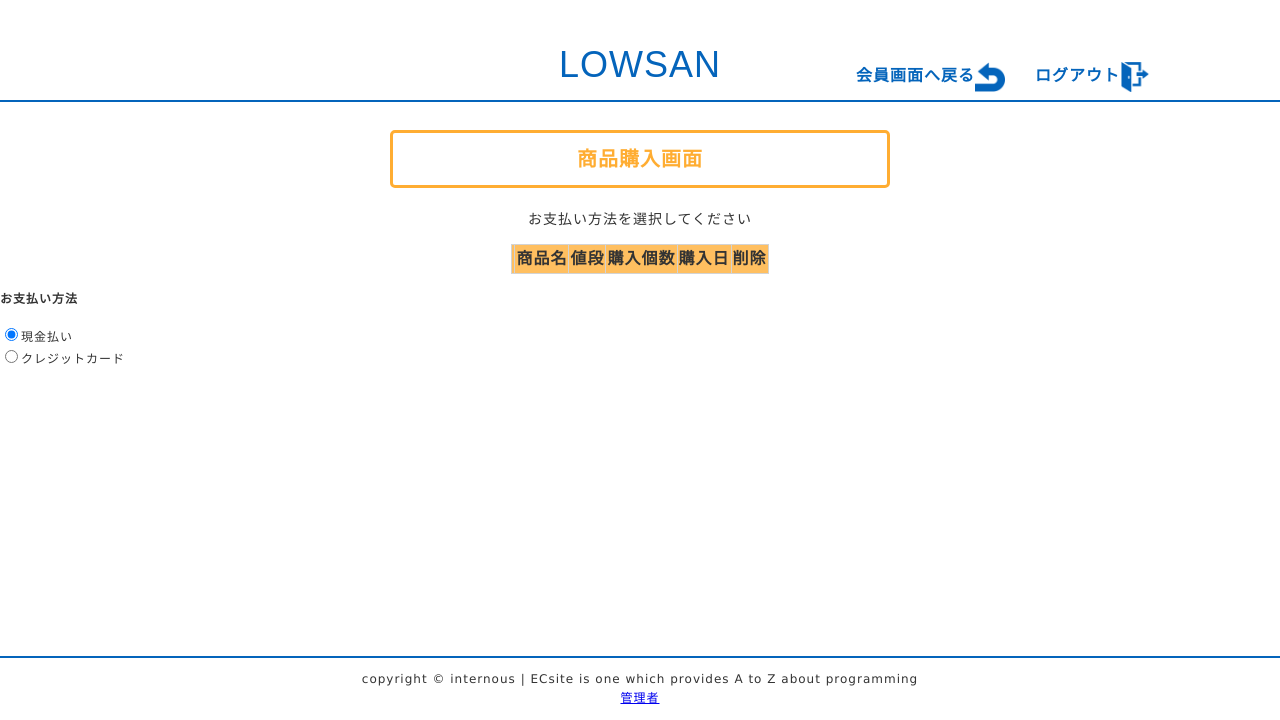
Repository: nishimura0212/myECsite
Page: http://localhost/ecsite/buyItem.jsp
An editor plug-in stored every save of this project. The page is shown before and after the next save, followed by the edit.
The browser window is 1280 px wide. The pictures show the whole page.
The page is served by Tomcat 9. Other server files are loaded and not shown.

Above is the page before, as saved 2019-01-02 14:35:53.

### ecsite/WebContent/buyItem.jsp
<%@ page language="java" contentType="text/html; charset=UTF-8"
    pageEncoding="UTF-8"%>
<%@ taglib prefix="s" uri="/struts-tags" %>
<!DOCTYPE html>
<html>
<head>
<meta http-equiv="Content-Type" content="text/html; charset=UTF-8"/>
<meta http-equiv="Content-Script-Type" content="text/javascript"/>
<meta http-equiv="imagetoolbar" content="no"/>
<meta name="description" content=""/>
<meta name="keywords" content=""/>
<title>商品購入画面</title>
<link rel="stylesheet" type="text/css" href="css/style.css">
</head>
<body>
	<div id="header">
		<p>LOWSAN</p>
		<div id="header-icon">
			<ul>
				<li class="icon">
					<a href="GoUserAction">
					会員画面へ戻る<img src="./img/icon/back.png" width="30px" height="30px">
					</a>
				</li>
				<li class="icon">
					<a href="LogoutAction">
					ログアウト<img src="./img/icon/logout.png" width="30px" height="30px">
					</a>
				</li>
			</ul>
		</div>
	</div>
	<div id="main">
		<div id="top">
			<p>商品購入画面</p>
		</div>
		<p class="comment">お支払い方法を選択してください</p>
		<table class="history-table">
			<tr>
				<th></th>
				<th>商品名</th>
				<th>値段</th>
				<th>購入個数</th>
				<th>購入日</th>
				<th>削除</th>
			</tr>
			<s:iterator value="cartList">
				<tr>
					<td class="td-img"><img
						src='<s:property value="itemImage"/>' class="buy-item-image"></td>
					<td><s:property value="item" /></td>
					<td><s:property value="totalPrice" /><span>円</span></td>
					<td><s:property value="totalCount" /><span>個</span></td>
					<td><s:property value="insert_date" /></td>
					<td><input type="checkbox" name="delete"
						value='<s:property value="id"/>' /></td>
				</tr>
			</s:iterator>
		</table>
		<div class="pay-method">
			<h4>お支払い方法</h4>
			<input type="radio" name="pay" value="1" checked="checked" class="radio">現金払い
			<br><input type="radio" name="pay"value="2" class="radio">クレジットカード
		</div>
	</div>
	<div id="footer">
		<p>copyright &copy; internous | ECsite is one which provides A to Z about programming<br/>
		<a href = '<s:url action="AdminAction"/>'>管理者</a></p>
	</div>
</body>
</html>

### ecsite/WebContent/css/style.css
@CHARSET "UTF-8";

/* bodyレイアウト */
body{
	margin: 0;
	padding: 0;
	height: 100%;
	height: auto;
	line-height: 1.6;
	letter-spacing: 1px;
	font-family: Verdana,Helvetica,sans-serif;
	font-size: 12px;
	color: #333;
	background: #fff;
}

/* headerレイアウト */
#header{
	position: fixed;
	left: 0;
	top: 0;
	z-index: 2;
	width: 100%;
	height: 100px;
	text-align: center;
	background-color: #fff;
	border-bottom: 2px solid #0464bb;
}
#header p{
	color: #0464bb;
	font-family: "メイリオ",sans-serif;
	font-size: 36px;
}
#header-icon{
	position: absolute;
	top: 50px;
	right: 100px;
}
#header-icon .icon{
	float: left;
	margin: 0 auto;
	margin-right: 30px;
	list-style-type: none;
	font-size: 16px;
	font-weight: bold;
}
#header-icon .icon img{
	clear: both;
	vertical-align: middle;
}
#header-icon .icon a{
	color: #0464bb;
	text-decoration:none;
}
.icon:hover{
	cursor: pointer;
}

/* mainレイアウト */
#main{
	position: relative;
	top: 110px;
	width: 100%;
	padding-bottom: 60px;
}

.waku{
	margin-top: 50px;
}

/* 見出しレイアウト */
#top{
	width: 500px;
	margin: 0px auto;
	margin-top: 10px;
	text-align: center;
}
#top p{
	font-size: 20px;
	font-weight: bold;
	border: 3px solid #FFAD32;
	border-radius: 5px;
	color: #FFAD32;
	background-color: #fff;
	padding: 10px 0px;
}

/* tableレイアウト */
.table{
	margin: 0 auto;
	width: 800px;
	font-size: 24px;
	padding: 40px 30px 50px 20px;
	background-color: #FFFDEB;
	color: #FFAD32;
	border-radius: 10px;
}

/* ログイン画面 */
.textarea{
	width: 100%;
	height: 30px;
	font-size: 22px;
	padding-left: 1%;
	border-radius: 15px;
}
input[type="text"]:focus {
	border: 2px solid #FFD493;
	outline: 0;
}
input[type="password"]:focus {
	border: 2px solid #FFD493;
	outline: 0;
}
.error{
	margin: 0 auto;
	width: 500px;
	text-align: center;
}
.error p{
	color: #FF5151;
	font-size: 14px;
}
.single{
	margin-top: 20px;
	text-align: center;
	padding: 20px;
}
.single_btn{
	width: 100px;
	height: 40px;
	padding: 5px;
	background-color: #FFAD32;
	font-size: 12px;
	font-weight: bold;
	color: white;
	border-color: none;
	border-radius: 20px;
}
.single_btn:hover{
	background-color: #F99500;
	cursor: pointer;
}

/* 会員画面 */
.comment{
	text-align: center;
	font-size: 14px;
}
.main-text{
	text-align: center;
	margin-top: 10px;
}
.userButton{
	margin-top: 20px;
	width: 300px;
	height: 100px;
	color: #FFFDEB;
	font-size: 24px;
	background-color: #FFAD32;
	border-radius: 20px;
}
.userButton:hover{
	cursor: pointer;
	background-color: #F99500;
}

/* カテゴリ選択画面 */
.categoryBox{
	margin: 0 auto;
	margin-top: 30px;
	width: 600px;
	text-align: center;
}
.category{
	margin: 0 auto;
	display: inline-block;
	text-align: center;
}
.categoryCircle{
	margin: 0 auto;
	float: left;
}
.circle{
	width: 200px;
	height: 200px;
	margin: 0px 20px 10px 20px;
	border-radius: 50%;
	font-size: 30px;
	border: 5px solid #FFBF60;
	background-color: #FFFDEB;
}
.circle:hover{
	background-color: #FFBF60;
	color: #FFFDEB;
	border: none;
	cursor: pointer;
}
#empty{
	clear: both;
}

/* 商品選択画面 */
.item-wrap{
	width: 700px;
	margin: 30px auto;
	height: 100%;
	padding-bottom: 60px;
}
.itemBox{
	width: 300px;
	height: 250px;
	text-align: center;
	border: 2px dotted gray;
	margin: 20px 20px 20px 20px;
	background-color: #f9fcb6;
}
.itemBox img{
	width: 250px;
	height: 250px;
}
.itemName{
	margin: 0;
	font-size: 15px;
}
.flex-container{
	display: inline-flex;
}

/* 商品購入画面 */
.containerA{
	margin: 0 auto;
	margin-top: 20px;
	margin-right: 50px;
	text-align: center;
}
.left{
	width: 300px;
	height: 300px;
}
.left img{
	width: 100%;
}
.right{
	height: 300px;
	font-size: 20px;
	margin-top: 30px;
	border-collapse: collapse;
}
.td-left{
	text-align: center;
	background-color: #FFBF60;
	border: 1px solid lightgray;
}
.td-right{
	text-align: left;
	padding: 0px 10px;
	border: 1px solid lightgray;
}
.td-submit{
	background-color: #fff;
}
.select{
	width: 50px;
	font-size: 20px;
}
.select:hover{
	cursor: pointer;
}
.block{
	width: 100px;
	display: block;
}

/* 商品購入確認画面 */
.containerB{
	margin: 0 auto;
	margin-left: 150px;
	text-align: center;
}
.button{
	position: relative;
	top: 350px;
	right: 210px;
}
.gray_btn{
	width: 100px;
	height: 40px;
	padding: 5px;
	background-color: #808080;
	font-size: 12px;
	font-weight: bold;
	color: white;
	border-color: none;
	border-radius: 20px;
}
.gray_btn:hover{
	background-color: #666666;
	cursor: pointer;
}

/* 商品購入完了画面 */
.center{
	width: 400px;
	margin: 0 auto;
	margin-top: 50px;
}
.comment p{
	height: 50px;
	line-height: 50px;
	font-size: 16px;
	border: 2px solid gray;
	border-radius: 5px;
}

/* 商品購入履歴画面 */
.history-table{
	margin:0 auto;
	font-size: 16px;
	border-collapse: collapse;
	border: 1px solid lightgray;
	text-align: center;
}
.history-table th{
	border: 1px solid lightgray;
}
.history-table td,.td-img{
	border: 1px solid lightgray;
}
.history-table tr:first-child{
	background-color: #FFBF60;
}
.td-img img{
	width: 100px;
	height: 100px;
}

/* 商品購入画面 */
.radio{
	font-size: 16px;
}






.buy-item-button{
	margin: 20px;
	width: 100px;
	height: 50px;
	background-color: #eee;
	border-radius: 20%;
}
.buy-item-button:hover{
	cursor: pointer;
	background-color: #f9fcb6;
}
.pointer:hover{
	cursor: pointer;
}
.button1{
	margin: 0 20px auto;
	float: left;
}
.submit{
	width: 300px;
	height: 400px;
	border-radius: 10%;
	background-color: #f8f8f8;
	font-size: 30px;
}
.submit:hover{
	box-shadow: none;
	background-color: #ffff80;
	cursor: pointer;
}
#text-link{
	display: inline-block;
	text-align: right;
}
#text-right{
	display: inline-block;
	text-align: right;
}
.text-right{
	display: inline-block;
	margin-left: 4%;
}
#wrap{
	margin: 0 40% auto;
}
#left{
	float: left;
	width: 50%;
}
#right{
	float: left;
	width: 50%;
}
.text-center{
	display: inline-block;
	text-align: center;
}
#text{
	clear: left;
	padding-top: 20px;
	width: 780px;
	margin: 30px auto;
}
.text{
	text-align: center;
}
#list{
	border: 2px dotted gray;
	width: 500px;
	height: 100px;
	background-color: lightyellow;
	margin: 30px auto;
}
#list ul li{
	display: inline-block;
	list-style-type: none;
	margin-right: 2em;
}
#button{
	display: inline-block;
	text-align: center;
}
#empty{
	clear: both;
}
.button{
	margin: 0 auto;
	float: left;
	margin-right: 10px;
}
.button:hover{
	cursor: pointer;
}
.category_button{
	margin: 0 auto;
	float: left;
}
.item{
	width: 200px;
	height: 200px;
	margin: 0px 20px 10px 20px;
	border-radius: 50%;
	font-size: 30px;
}





/* footerレイアウト */
#footer{
	clear: both;
	position: fixed;
	left: 0;
	bottom: 0;
	z-index: 2;
	width: 100%;
	background-color: #fff;
	border-top: 2px solid #0464bb;
}
#footer p{
	text-align: center;
}

After the next save:
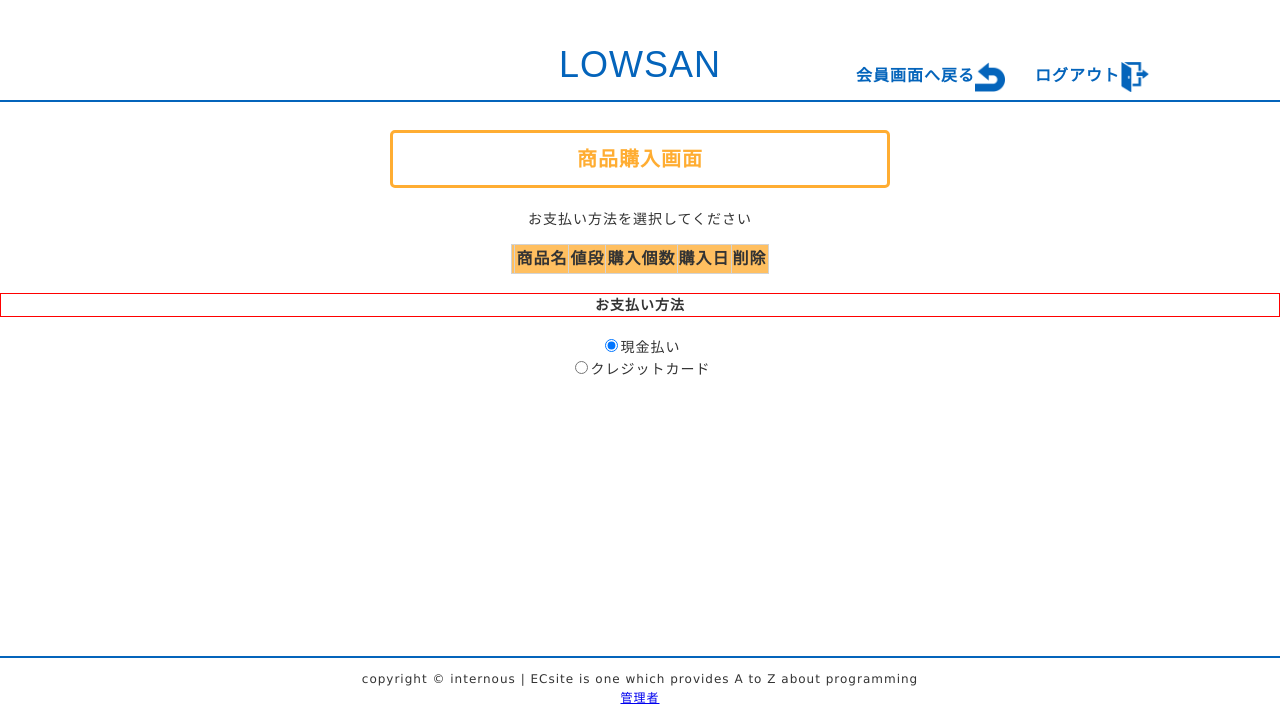
Saved 10 s later.
--- a/ecsite/WebContent/css/style.css
+++ b/ecsite/WebContent/css/style.css
@@ -336,8 +336,12 @@ input[type="password"]:focus {
 }
 
 /* 商品購入画面 */
-.radio{
-	font-size: 16px;
+.pay-method{
+	text-align: center;
+	font-size: 14px;
+}
+.pay-method h4{
+	border: 1px solid red;
 }
 
 
